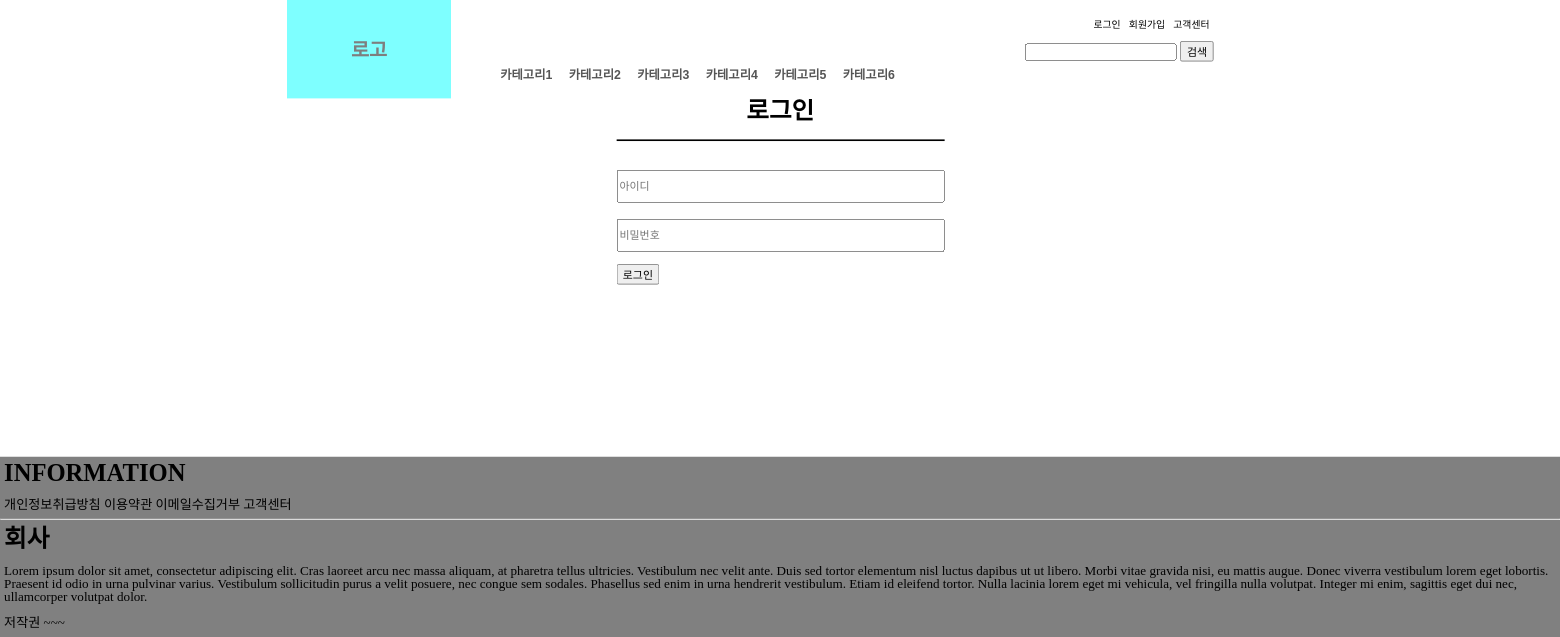
Repository: kosu0703/project
Page: http://localhost/Shop/WEB-INF/views/sign/login_page.jsp
The author's editor kept a copy of each file at every save. The page is drawn from the files as they stood at one save, then again after the next save.
The browser window is 1280 px wide. The page is 1903 px wide, so the pictures cover 1903 px, including what lies to the right of the window. The pictures show the whole page, at 82% of full size.
Some web libraries are served in a nearby version. The page is served by Tomcat 9. Nobody is signed in. Other server files are loaded and not shown. The template is opened directly, without the code that normally fills it, so the values that code supplies are empty.

Above is the page before, as saved 2024-04-03 10:18:28.

### Shop/Shop/src/main/webapp/WEB-INF/views/sign/login_page.jsp
<%@ page language="java" contentType="text/html; charset=UTF-8"
	pageEncoding="UTF-8"%>
<%@ taglib uri="http://java.sun.com/jsp/jstl/core" prefix="c"%>
<!DOCTYPE html>
<html lang="en">
<head>
<meta charset="UTF-8">
<meta name="viewport" content="width=device-width, initial-scale=1.0">
<title>로그인</title>
<link href="<c:url value="/resources/css/common.css"/>" rel='stylesheet' />
<link href="<c:url value="/resources/css/login_page.css"/>"
	rel='stylesheet' />

</head>
<body>
	<%@ include file="../common/header.jsp"%>

	<!-- =========================================================== -->

	<section>
		<div id="login_wrap">
			<form action="login_ok.do" method="post">
				<h1>로그인</h1>
				<ul>
					<li><input type="text" name="u_id" placeholder="아이디" required></li>
					<li><input type="password" name="u_pwd" placeholder="비밀번호"
						required></li>
					<li><input type="submit" value="로그인" ></li>
				</ul>

			</form>
		</div>

		<!-- =========================================================== -->


		<%@ include file="../common/footer.jsp"%>
</body>
</html>

### Shop/Shop/src/main/webapp/WEB-INF/views/common/header.jsp
<!-- <%@ page language="java" contentType="text/html; charset=UTF-8"
pageEncoding="UTF-8"%>
<%@ taglib uri="http://java.sun.com/jsp/jstl/core"
prefix="c" %> -->
<!DOCTYPE html>
<html>
  <head>
    <meta charset="UTF-8" />
    <meta name="viewport" content="width=device-width, initial-scale=1.0" />
    <script src="https://kit.fontawesome.com/d3367b6d2f.js"></script>
    <title>헤더</title>
  </head>
  <body>
    <header>
      <div class="inner">
        <div class="logo">
          <h1><a href="#">로고</a></h1>
        </div>
        <!-- 로그아웃 유틸 -->
        <div class="util logout_util">
          <ul class="info">
            <li><a href="login_page.do">로그인</a></li>
            <li><a href="signup_page.do">회원가입</a></li>
            <li><a href="board_page.do?u_id="${userVO.u_id }>고객센터</a></li>
          </ul>
        </div>
        <form action="#" class="h_search_form" method="post">
          <input type="text" name="search" id="search" />
          <input type="submit" value="검색" />
        </form>
        <!-- 로그인 유틸 -->
        <div class="util login_util">
          <ul class="info">
            <li>이름</li>
            <li>보유 포인트 :</li>
            <li><a href="logout.do">로그아웃</a></li>
            <li><a href="mypage_page.do?u_id="${userVO.u_id }>마이페이지</a></li>
            <li><a href="basket_page.do?u_id="${userVO.u_id }>장바구니</a></li>
            <li><a href="community_page.do?u_id="${userVO.u_id }>고객센터</a></li>
          </ul>
        </div>

        <div class="gnb_wrappr">
          <ul class="gnb">
            <li class="category">
              <a href="category_page.do?p_category=001">카테고리1</a>
            </li>
            <li class="category">
              <a href="category_page.do?p_category=002">카테고리2</a>
            </li>
            <li class="category">
              <a href="category_page.do?p_category=003">카테고리3</a>
            </li>
            <li class="category">
              <a href="category_page.do?p_category=004">카테고리4</a>
            </li>
            <li class="category">
              <a href="category_page.do?p_category=005">카테고리5</a>
            </li>
            <li class="category">
              <a href="category_page.do?p_category=006">카테고리6</a>
            </li>
          </ul>
        </div>
      </div>

    </header>
  </body>
</html>

### Shop/Shop/src/main/webapp/WEB-INF/views/common/footer.jsp
<!-- <%@ page language="java" contentType="text/html; charset=UTF-8"
pageEncoding="UTF-8"%>
<%@ taglib uri="http://java.sun.com/jsp/jstl/core"
prefix="c" %> -->
<!DOCTYPE html>
<html>
  <head>
    <meta charset="UTF-8" />
    <meta name="viewport" content="width=device-width, initial-scale=1.0" />
    <script src="https://kit.fontawesome.com/d3367b6d2f.js"></script>
    <title>footer</title>
  </head>
  <body>
      <footer>
        <div class="footer_info">
          <h1>INFORMATION</h1>
          <br />
          <a href="#">개인정보취급방침</a>
          <a href="#">이용약관</a>
          <a href="#">이메일수집거부</a>
          <a href="#">고객센터</a>
        </div>
        <hr />
        <div class="footer_cominfo">
          <h1>회사</h1>
          <br />
          <p>
            Lorem ipsum dolor sit amet, consectetur adipiscing elit. Cras
            laoreet arcu nec massa aliquam, at pharetra tellus ultricies.
            Vestibulum nec velit ante. Duis sed tortor elementum nisl luctus
            dapibus ut ut libero. Morbi vitae gravida nisi, eu mattis augue.
            Donec viverra vestibulum lorem eget lobortis. Praesent id odio in
            urna pulvinar varius. Vestibulum sollicitudin purus a velit posuere,
            nec congue sem sodales. Phasellus sed enim in urna hendrerit
            vestibulum. Etiam id eleifend tortor. Nulla lacinia lorem eget mi
            vehicula, vel fringilla nulla volutpat. Integer mi enim, sagittis
            eget dui nec, ullamcorper volutpat dolor.
          </p>
          <br />
          <p>저작권 ~~~</p>
        </div>
      </footer>
    </section>
  </body>
</html>

### Shop/Shop/src/main/webapp/resources/css/common.css
/* 초기화용 reset.css */
@import "./reset.css";
/* 바디 화면 전체 크기 잡아줌*/
body {
  position: relative;
  min-width: 1903px;
  min-height: calc(100vh - 120px);
}

a {
  text-decoration: none;
  color: black;
}
/* 헤더를 맨위에서 따라다니게 */
header {
  position: fixed;
  top: 0px;
  width: 100%;
  min-width: 1903px;
  background-color: white;
  z-index: 999;
}

/* 헤더 내에서 로고, 유틸, 카테고리 배치용 */
header .inner {
  width: 1180px;
  height: 120px;
  /*자식 absolute 요소의 기준점 설정*/
  position: relative;
  left: 300px;
}
/* 로그인 */
header .inner .logout_util {
  /* display: none; */
}
/* 로그아웃 */
header .inner .login_util {
  display: none;
}
/* 로고 */
header .inner .logo {
  position: absolute;
  left: 50px;
  width: 200px;
  height: 100%;
  background-color: aqua;
  opacity: 0.5;
  text-align: center;
}

header .inner .logo > h1 {
  margin: 50px;
  font-weight: bold;
  font-size: 24px;
  font-family: "arial";
}

/* 헤더 우상단 유틸 */
header .inner .util {
  position: absolute;
  top: 20px;
  right: 0px;
}

header .inner .util ul > li {
  margin: 0px 5px;
}

header .inner .h_search_form {
  position: absolute;
  top: 50px;
  right: 0px;
}

header .inner .util .info > li {
  float: left;
}

header .inner .util .search > li {
  float: right;
}

header .inner .util li > a {
  font: 12px "arial";
}

/* 헤더 카테고리 */
header .inner .gnb_wrapper {
  width: 100%;
  height: inherit;
  position: relative;
  display: flex;
  justify-content: center;
}

header .inner .gnb {
  position: absolute;
  bottom: 0px;
  left: 300px;
}

header .inner .gnb .category {
  float: left;
  display: block;
  border-left: none;
}

/* header .inner .gnb .category:nth-of-type(1) {
  border: 1px solid black;
} */

header .inner .gnb .category_detail {
  width: 400px;
  height: 300px;
  display: none;
}

header .inner .gnb .category > a {
  /* 인라인 요소를 block으로 바꿔서 크기 설정 */
  display: block;
  font: bold 15px "arial";
  color: #555;
  padding: 20px 10px;
  text-align: left;
  /* 애니메이션 효과  */
  transition: all 0.5s;
}

header .inner .gnb .category > a:hover {
  background: #555;
  color: #fff;
}

section {
  width: 100%;
  min-height: calc(100vh - 120px);
  padding-top: 120px;
  padding-bottom: 220px;
 }


footer {
  width: 100%;
  height: 220px;
  position: absolute;
  bottom: 0;
  z-index: 10;
  background-color: gray;
}

footer > div {
  margin: 5px;
}

footer > div > h1 {
  font-size: 30px;
  color: black;
  font-weight: bold;
}

### Shop/Shop/src/main/webapp/resources/css/login_page.css
#login_wrap {
	width: 400px;
	/* position: absolute; left: 50%; top: 50%;
    transform: translate(-50%, -50%); */
	margin: 0 auto;
	margin-bottom: 200px;
}

#login_wrap>form>h1 {
	font-size: 30px;
	font-weight: bold;
	text-align: center;
	border-bottom: 2px solid black;
	padding-bottom: 20px;
	margin-bottom: 30px;
}

#login_wrap>ul {
	list-style: none;
	padding: 0px;
}

#login_wrap>form>ul li {
	padding: 0px 0px 10px;
	margin-bottom: 5px;
}

#login_wrap>form input[type="text"], input[type="password"] {
	width: 100%;
	height: 40px;
	margin-top: 5px;
}

#login_wrap>form input[type="button"] {
	width: 100%;
	height: 45px;
	font-size: 20px;
}

.a_link {
	text-align: right;
	font-size: 15px;
}

.a_sign {
	margin-right: 153px;
}

Loaded but not shown: Shop/Shop/src/main/webapp/resources/css/reset.css (common file)

After the next save:
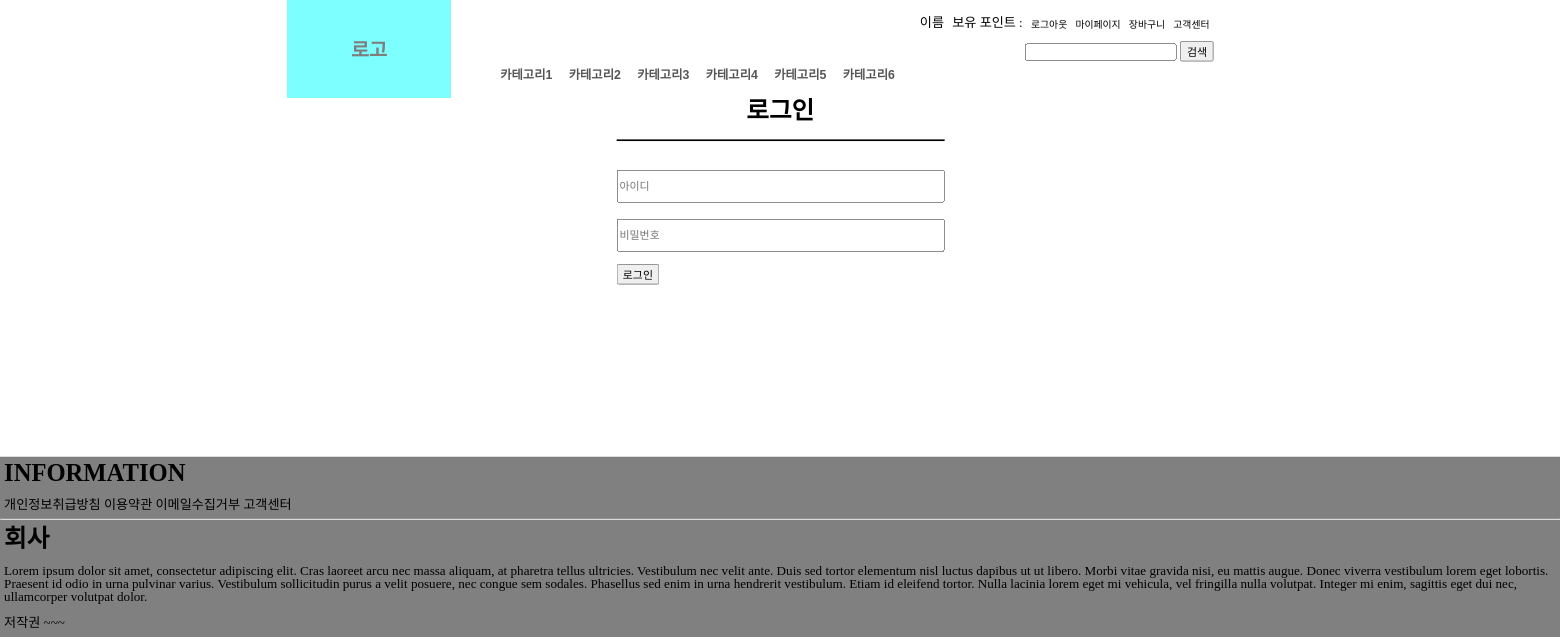
Saved 3 min 11 s later.
--- a/Shop/Shop/src/main/webapp/resources/css/common.css
+++ b/Shop/Shop/src/main/webapp/resources/css/common.css
@@ -31,11 +31,11 @@ header .inner {
 }
 /* 로그인 */
 header .inner .logout_util {
-  /* display: none; */
+   display: none;
 }
 /* 로그아웃 */
 header .inner .login_util {
-  display: none;
+  /* display: none; */
 }
 /* 로고 */
 header .inner .logo {
